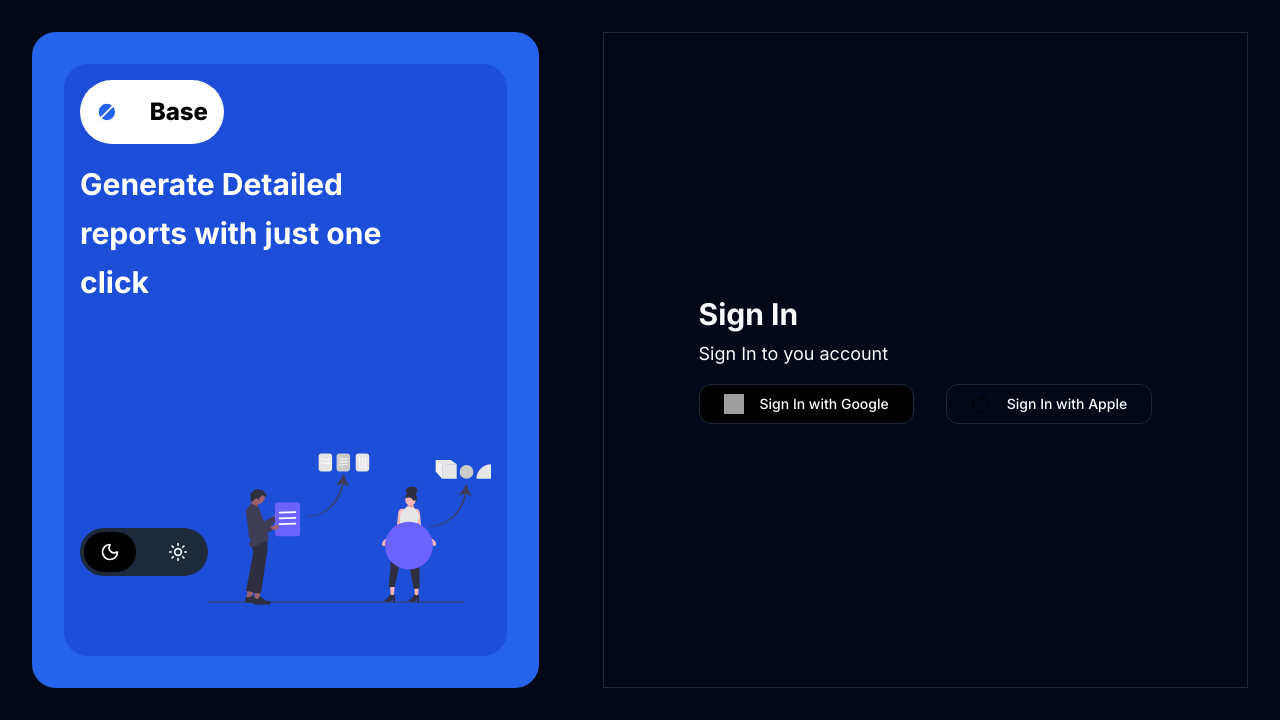
Repository: Hardyy00/openinapp_assignment
Page: /
These files come from the project's save history. The page is drawn as it stood at one moment and after the next save; the edit follows.
The browser window is 1280 px wide. The pictures show the whole page.
Pictures or frames that could not be fetched are drawn as grey boxes. The project was rebuilt for these pictures with package versions that can differ from the ones it lists, and the page was loaded fresh each time. The framework's server and built-in components were replaced by stand-ins that run in the browser. Also part of the build but not shown: next.config.mjs.

Above is the page before, as saved 2024-08-23 16:39:15.

After the next save:
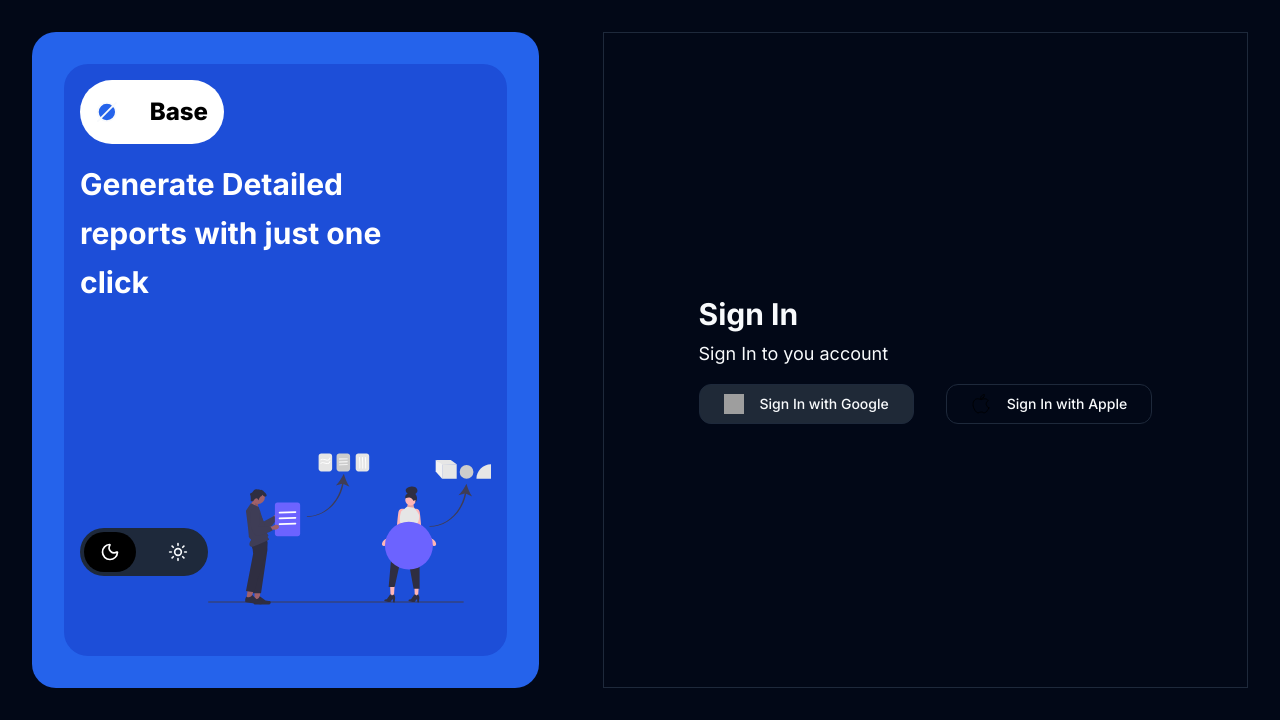
Saved 8 s later.
--- a/app/(auth)/page.tsx
+++ b/app/(auth)/page.tsx
@@ -13,7 +13,7 @@ export default function Page() {
 
           <div className="flex justify-between gap-x-8">
             <Button
-              className="flex items-center py-2 px-6 border space-x-4 rounded-xl bg-black"
+              className="flex items-center py-2 px-6 border space-x-4 rounded-xl bg-gray-800"
               variant={"ghost"}
             >
               <div className="w-5 h-5 relative">
